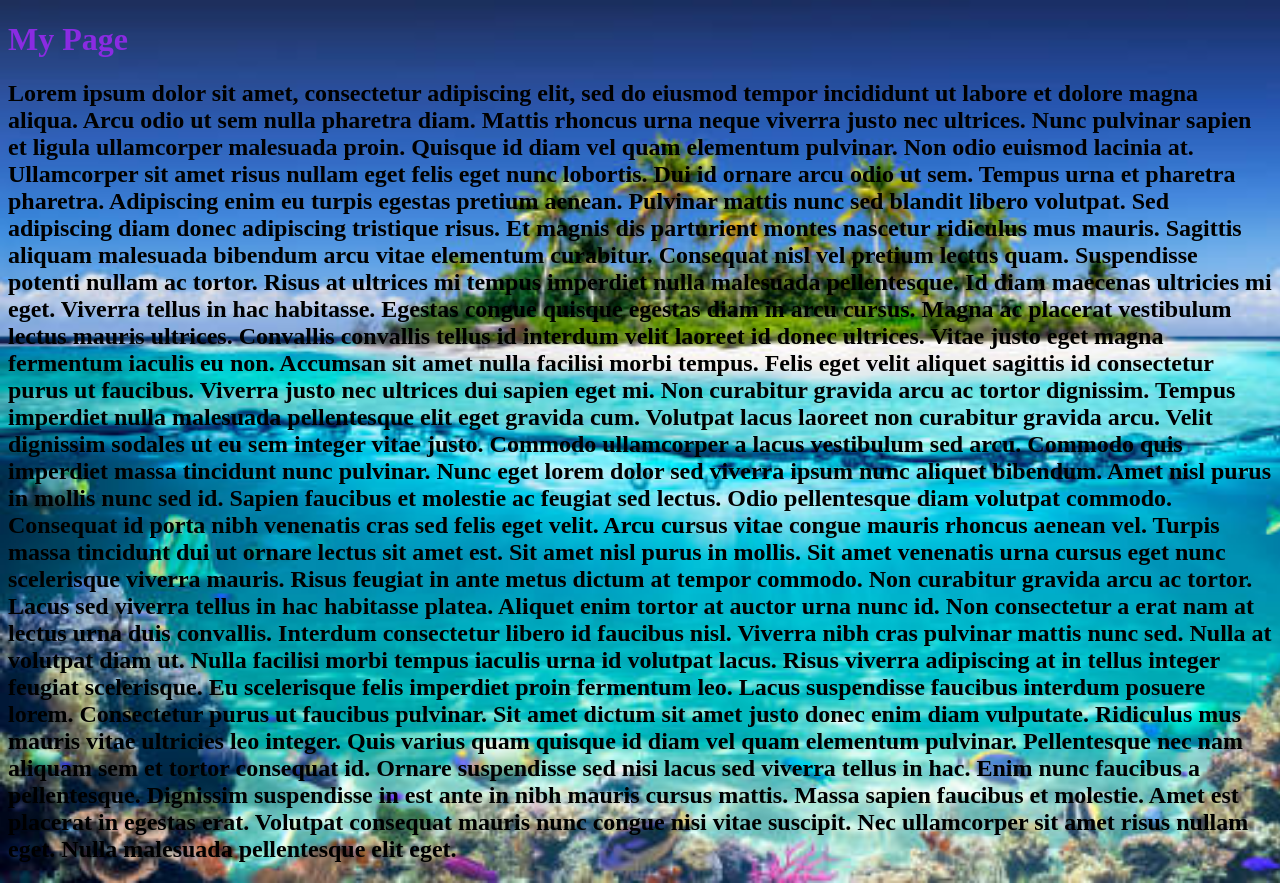
Repository: MelindaN14/My-Personal-Website
Page: portfolio.html
An editor plug-in stored every save of this project. The page is shown before and after the next save, followed by the edit.
The browser window is 1280 px wide. The pictures show the whole page.

Above is the page before, as saved 2024-03-18 21:24:46.

### portfolio.html
<!DOCTYPE html>
<html lang="en">
<head>
    <meta charset="UTF-8">
    <meta name="viewport" content="width=device-width, initial-scale=1.0">
    <title>Portfolio</title>
</head>
<link rel="stylesheet" a href="style.css">
<body>
    <h1>My Page</h1>
    <h2>Lorem ipsum dolor sit amet, consectetur adipiscing elit, sed do eiusmod tempor incididunt ut labore et dolore magna aliqua. Arcu odio ut sem nulla pharetra diam. Mattis rhoncus urna neque viverra justo nec ultrices. Nunc pulvinar sapien et ligula ullamcorper malesuada proin. Quisque id diam vel quam elementum pulvinar. Non odio euismod lacinia at. Ullamcorper sit amet risus nullam eget felis eget nunc lobortis. Dui id ornare arcu odio ut sem. Tempus urna et pharetra pharetra. Adipiscing enim eu turpis egestas pretium aenean. Pulvinar mattis nunc sed blandit libero volutpat. Sed adipiscing diam donec adipiscing tristique risus. Et magnis dis parturient montes nascetur ridiculus mus mauris. Sagittis aliquam malesuada bibendum arcu vitae elementum curabitur. Consequat nisl vel pretium lectus quam. Suspendisse potenti nullam ac tortor. Risus at ultrices mi tempus imperdiet nulla malesuada pellentesque.

Id diam maecenas ultricies mi eget. Viverra tellus in hac habitasse. Egestas congue quisque egestas diam in arcu cursus. Magna ac placerat vestibulum lectus mauris ultrices. Convallis convallis tellus id interdum velit laoreet id donec ultrices. Vitae justo eget magna fermentum iaculis eu non. Accumsan sit amet nulla facilisi morbi tempus. Felis eget velit aliquet sagittis id consectetur purus ut faucibus. Viverra justo nec ultrices dui sapien eget mi. Non curabitur gravida arcu ac tortor dignissim. Tempus imperdiet nulla malesuada pellentesque elit eget gravida cum. Volutpat lacus laoreet non curabitur gravida arcu. Velit dignissim sodales ut eu sem integer vitae justo.

Commodo ullamcorper a lacus vestibulum sed arcu. Commodo quis imperdiet massa tincidunt nunc pulvinar. Nunc eget lorem dolor sed viverra ipsum nunc aliquet bibendum. Amet nisl purus in mollis nunc sed id. Sapien faucibus et molestie ac feugiat sed lectus. Odio pellentesque diam volutpat commodo. Consequat id porta nibh venenatis cras sed felis eget velit. Arcu cursus vitae congue mauris rhoncus aenean vel. Turpis massa tincidunt dui ut ornare lectus sit amet est. Sit amet nisl purus in mollis. Sit amet venenatis urna cursus eget nunc scelerisque viverra mauris.

Risus feugiat in ante metus dictum at tempor commodo. Non curabitur gravida arcu ac tortor. Lacus sed viverra tellus in hac habitasse platea. Aliquet enim tortor at auctor urna nunc id. Non consectetur a erat nam at lectus urna duis convallis. Interdum consectetur libero id faucibus nisl. Viverra nibh cras pulvinar mattis nunc sed. Nulla at volutpat diam ut. Nulla facilisi morbi tempus iaculis urna id volutpat lacus. Risus viverra adipiscing at in tellus integer feugiat scelerisque.

Eu scelerisque felis imperdiet proin fermentum leo. Lacus suspendisse faucibus interdum posuere lorem. Consectetur purus ut faucibus pulvinar. Sit amet dictum sit amet justo donec enim diam vulputate. Ridiculus mus mauris vitae ultricies leo integer. Quis varius quam quisque id diam vel quam elementum pulvinar. Pellentesque nec nam aliquam sem et tortor consequat id. Ornare suspendisse sed nisi lacus sed viverra tellus in hac. Enim nunc faucibus a pellentesque. Dignissim suspendisse in est ante in nibh mauris cursus mattis. Massa sapien faucibus et molestie. Amet est placerat in egestas erat. Volutpat consequat mauris nunc congue nisi vitae suscipit. Nec ullamcorper sit amet risus nullam eget. Nulla malesuada pellentesque elit eget.</h2>

<ul>

</ul>
</body>
</html>

### style.css
h1 {
  color: blueviolet;
}
p {
  color: magenta;
}

body {
  background-image: url("Island.jpg");
  background-size: cover;
}
img {
  opacity: 0.2;
}

After the next save:
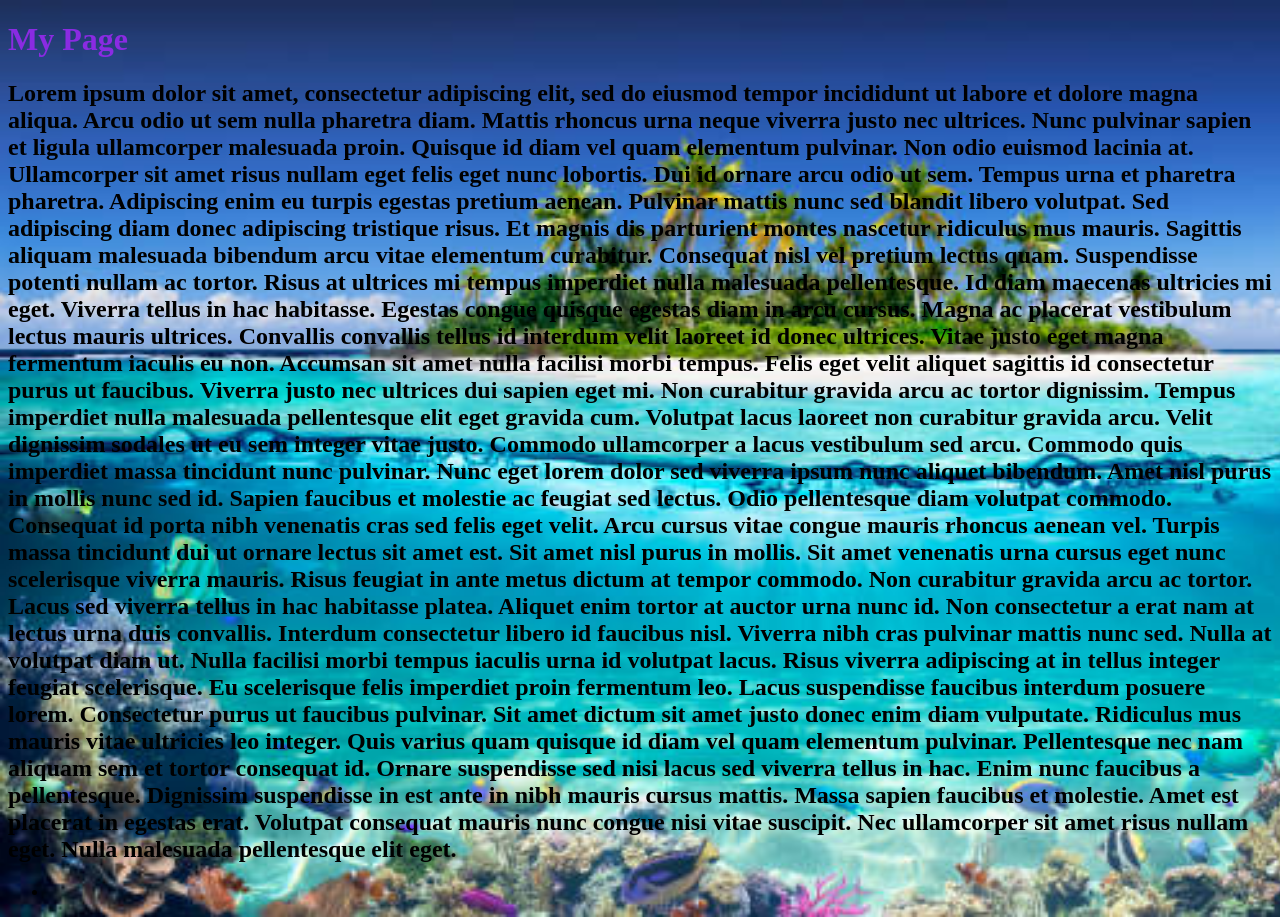
Saved 8 s later.
--- a/portfolio.html
+++ b/portfolio.html
@@ -19,7 +19,7 @@ Risus feugiat in ante metus dictum at tempor commodo. Non curabitur gravida arcu
 Eu scelerisque felis imperdiet proin fermentum leo. Lacus suspendisse faucibus interdum posuere lorem. Consectetur purus ut faucibus pulvinar. Sit amet dictum sit amet justo donec enim diam vulputate. Ridiculus mus mauris vitae ultricies leo integer. Quis varius quam quisque id diam vel quam elementum pulvinar. Pellentesque nec nam aliquam sem et tortor consequat id. Ornare suspendisse sed nisi lacus sed viverra tellus in hac. Enim nunc faucibus a pellentesque. Dignissim suspendisse in est ante in nibh mauris cursus mattis. Massa sapien faucibus et molestie. Amet est placerat in egestas erat. Volutpat consequat mauris nunc congue nisi vitae suscipit. Nec ullamcorper sit amet risus nullam eget. Nulla malesuada pellentesque elit eget.</h2>
 
 <ul>
-
+    <li></li>
 </ul>
 </body>
 </html>
